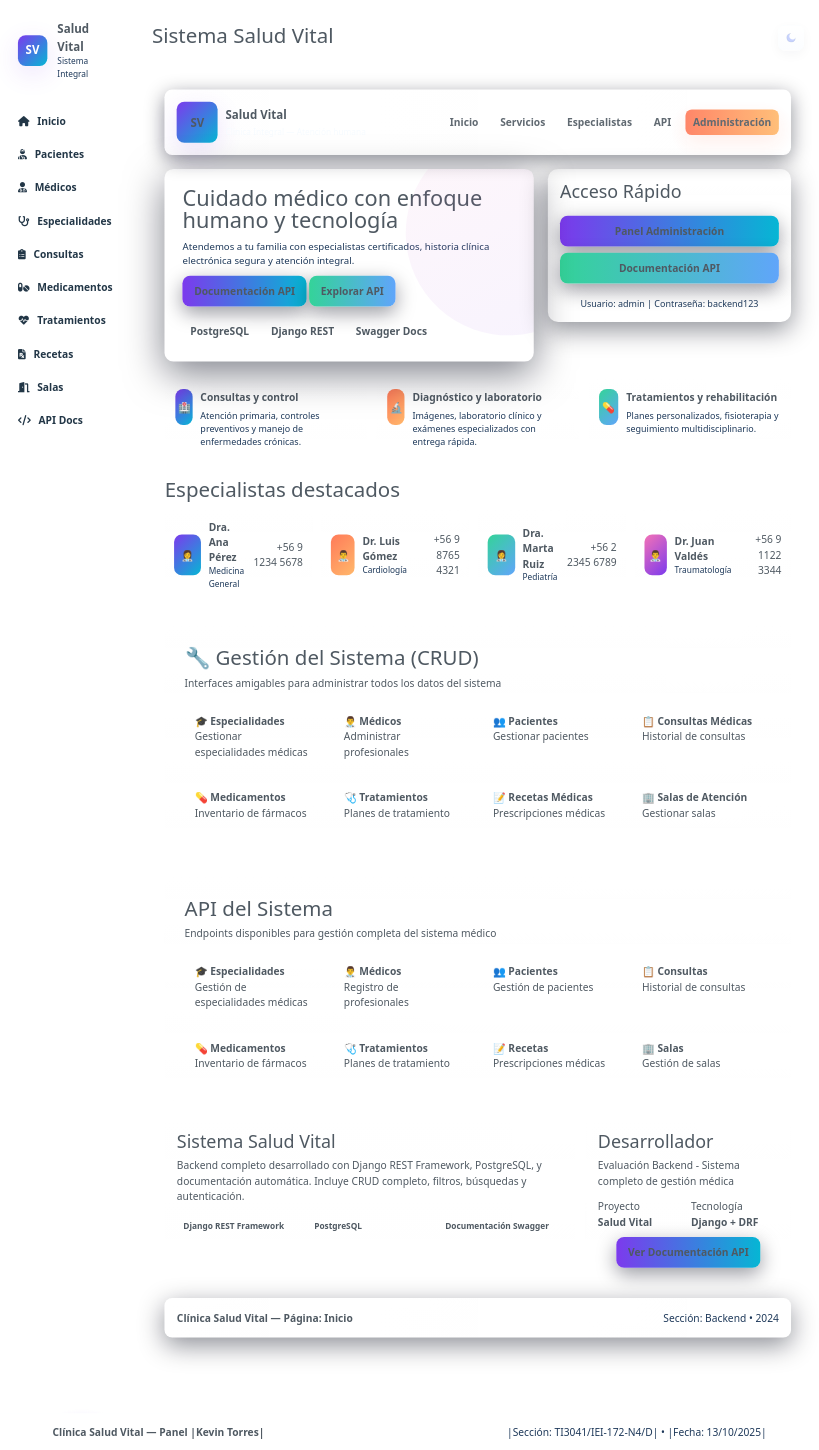
Repository: KeviNozh/eva2_clinica
Page: templates/index.html
The author's editor kept a copy of each file at every save. The page is drawn from the files as they stood at one save, then again after a run of saves.
The browser window is 1280 px wide. The pictures show the whole page, at 64% of full size.
The template is drawn by Django 5.2. The application's start-up code is not run. Other server files are loaded and not shown. The template is opened directly, without the code that normally fills it, so the values that code supplies are empty.

Above is the page before, as saved 2025-10-14 19:55:41.

### templates/index.html
{% extends 'base.html' %}

{% block title %}Inicio - Salud Vital{% endblock %}

{% block content %}
<!DOCTYPE html>
<html lang="es">
<head>
  <meta charset="utf-8" />
  <meta name="viewport" content="width=device-width,initial-scale=1" />
  <style>
  /* Paleta viva y variables */
  :root{
    --bg:#ffffff;      /* fondo oscuro general */
    --soft-bg:#f6fbff;          /* paneles claros */
    --glass: rgba(224, 255, 246, 0.06);
    --muted:#1e395a;
    --white:#4f5962;

    --c1-start:#7c3aed; --c1-end:#06b6d4;   /* morado -> cian */
    --c2-start:#ff7a59; --c2-end:#ffb86b;   /* naranja -> amarillo */
    --c3-start:#34d399; --c3-end:#60a5fa;   /* verde -> azul */
    --c4-start:#f472b6; --c4-end:#7c3aed;   /* rosa -> morado */

    --radius:14px;
    --shadow-lg: 0 18px 60px rgba(2,6,23,0.5);
    --max-width:1200px;
    font-family: Inter, system-ui, -apple-system, "Segoe UI", Roboto, "Helvetica Neue", Arial, sans-serif;
    color-scheme: dark;
  }

  /* Reset y layout */
  *{box-sizing:border-box}
  html,body{height:100%;margin:0;background:
    radial-gradient(600px 300px at 10% 10%, rgba(124,58,237,0.12), transparent 10%),
    radial-gradient(500px 240px at 90% 70%, rgba(6,182,212,0.08), transparent 8%),
    var(--bg);
    -webkit-font-smoothing:antialiased;color:var(--white);
  }
  a{color:inherit;text-decoration:none}
  .wrap{max-width:var(--max-width);margin:30px auto;padding:20px}

  /* Header */
  header.site{
    display:flex;align-items:center;gap:16px;padding:18px;border-radius:12px;
    background: linear-gradient(90deg, rgba(255,255,255,0.03), rgba(255,255,255,0.02));
    border: 1px solid rgba(255,255,255,0.04);
    box-shadow: 0 8px 30px rgba(2,6,23,0.45);
  }
  .brand{display:flex;gap:12px;align-items:center}
  .logo{
    width:64px;height:64px;border-radius:12px;background:linear-gradient(135deg,var(--c1-start),var(--c1-end));
    display:grid;place-items:center;font-weight:900;font-size:18px;color:var(--white);box-shadow:0 12px 40px rgba(124,58,237,0.14)
  }
  .brand .title{font-weight:800;font-size:18px}
  .brand .subtitle{font-size:13px;color:#f6fbff;margin-top:4px}

  nav.main{margin-left:auto;display:flex;gap:10px;align-items:center}
  .nav-link{padding:8px 12px;border-radius:10px;color:var(--white);opacity:0.9;font-weight:700}
  .nav-link.ghost{background:transparent;border:1px solid rgba(186, 179, 179, 0.04);opacity:0.8}
  .nav-link.cta{background:linear-gradient(90deg,var(--c2-start),var(--c2-end));box-shadow:0 12px 30px rgba(255,122,89,0.14)}

  /* Hero */
  .hero{display:grid;grid-template-columns:1fr 380px;gap:22px;margin-top:22px;align-items:start}
  @media (max-width:980px){ .hero{grid-template-columns:1fr} }
  .hero-card{
    background: linear-gradient(180deg, rgba(255,255,255,0.04), rgba(255,255,255,0.02));
    border-radius:var(--radius);padding:28px;box-shadow:var(--shadow-lg);
    position:relative;overflow:hidden;
  }
  /* decorative shapes */
  .hero-card::before{
    content:"";position:absolute;right:-120px;top:-60px;width:320px;height:320px;border-radius:160px;
    background:linear-gradient(135deg,var(--c4-start),var(--c4-end));opacity:0.06;transform:rotate(20deg);
  }
  .hero h1{margin:0;font-size:34px;line-height:1.02}
  .hero p{margin:12px 0;color:var(--muted);font-size:15px};
  .cta-group{display:flex;gap:12px;margin-top:18px;flex-wrap:wrap}
  .btn{
    padding:12px 18px;border-radius:12px;border:0;font-weight:800;cursor:pointer;
    color:var(--white);box-shadow:0 10px 30px rgba(2,6,23,0.4)
  }
  .btn.primary{background:linear-gradient(90deg,var(--c1-start),var(--c1-end))}
  .btn.alt{background:linear-gradient(90deg,var(--c3-start),var(--c3-end))}

  /* Appointment card (right) */
  .appointment{
    background: linear-gradient(180deg, rgba(255,255,255,0.03), rgba(255,255,255,0.02));
    padding:18px;border-radius:16px;border:1px solid rgba(255,255,255,0.04);box-shadow:0 12px 40px rgba(2,6,23,0.45)
  }
  .appointment h3{margin:0 0 10px 0}
  .appointment label{display:block;font-size:13px;color:var(--muted);margin-bottom:6px}
  .appointment input, .appointment select{width:100%;padding:10px;border-radius:10px;border:1px solid rgba(255,255,255,0.04);background:transparent;color:var(--white);margin-bottom:10px}

  /* Services grid */
  .services{display:grid;grid-template-columns:repeat(3,1fr);gap:14px;margin-top:26px}
  @media (max-width:1100px){ .services{grid-template-columns:repeat(2,1fr)} }
  @media (max-width:700px){ .services{grid-template-columns:1fr} }
  .service{
    background:linear-gradient(180deg, rgba(255,255,255,0.02), rgba(255,255,255,0.01));
    padding:16px;border-radius:12px;border:1px solid rgba(255,255,255,0.03);display:flex;gap:12px;align-items:flex-start;
  }
  .service .icon{width:56px;height:56px;border-radius:12px;display:grid;place-items:center;color:var(--white);font-weight:900}
  .s1{background:linear-gradient(135deg,var(--c1-start),var(--c1-end))}
  .s2{background:linear-gradient(135deg,var(--c2-start),var(--c2-end))}
  .s3{background:linear-gradient(135deg,var(--c3-start),var(--c3-end))}
  .service .title{font-weight:800}
  .service .desc{color:var(--muted);margin-top:6px;font-size:14px}

  /* Specialists */
  .specialists{margin-top:28px}
  .specialists h2{margin:0 0 12px 0}
  .cards{display:grid;grid-template-columns:repeat(4,1fr);gap:14px}
  @media (max-width:1100px){ .cards{grid-template-columns:repeat(2,1fr)} }
  @media (max-width:600px){ .cards{grid-template-columns:1fr} }
  .doctor{
    background:linear-gradient(180deg, rgba(255,255,255,0.02), rgba(255,255,255,0.01));
    padding:14px;border-radius:12px;border:1px solid rgba(255,255,255,0.03);display:flex;gap:12px;align-items:center;
  }
  .avatar{width:64px;height:64px;border-radius:12px;display:grid;place-items:center;font-weight:900;color:var(--white)}
  .avatar.a1{background:linear-gradient(135deg,var(--c1-start),var(--c1-end))}
  .avatar.a2{background:linear-gradient(135deg,var(--c2-start),var(--c2-end))}
  .avatar.a3{background:linear-gradient(135deg,var(--c3-start),var(--c3-end))}
  .avatar.a4{background:linear-gradient(135deg,var(--c4-start),var(--c4-end))}
  .doc-meta .name{font-weight:800}
  .doc-meta .spec{color:var(--muted);font-size:13px}

  /* Facilities / base */
  .base{display:grid;grid-template-columns:2fr 1fr;gap:16px;margin-top:28px}
  @media (max-width:900px){ .base{grid-template-columns:1fr} }
  .about, .contact{
    background: linear-gradient(180deg, rgba(255,255,255,0.02), rgba(255,255,255,0.01));
    padding:18px;border-radius:12px;border:1px solid rgba(255,255,255,0.03);
  }
  .about h3{margin-top:0}
  .features{display:grid;grid-template-columns:repeat(3,1fr);gap:10px;margin-top:12px}
  .feature{padding:10px;border-radius:10px;background:linear-gradient(90deg, rgba(255,255,255,0.02), transparent);font-weight:700;color:var(--white);font-size:13px}

  /* Contact */
  .contact form input, .contact form textarea{width:100%;padding:10px;border-radius:10px;border:1px solid rgba(255,255,255,0.04);background:transparent;color:var(--white);margin-bottom:8px}

  /* Footer */
  footer.site{
    margin-top:28px;padding:18px;border-radius:12px;background:linear-gradient(90deg, rgba(255,255,255,0.03), rgba(255,255,255,0.02));
    border:1px solid rgba(255,255,255,0.04);
    display:flex;justify-content:space-between;align-items:center;gap:12px;box-shadow:0 12px 40px rgba(2,6,23,0.45)
  }
  .footer-left{font-weight:800}
  .footer-right{color:var(--muted)}
  .pill{display:inline-block;padding:8px 12px;border-radius:999px;background:rgba(255,255,255,0.04);font-weight:700}

  /* API Links Section */
  .api-section {
    margin-top: 40px;
    padding: 30px;
    background: linear-gradient(180deg, rgba(255,255,255,0.03), rgba(255,255,255,0.01));
    border-radius: 16px;
    border: 1px solid rgba(255,255,255,0.04);
  }
  .api-links {
    display: grid;
    grid-template-columns: repeat(auto-fit, minmax(200px, 1fr));
    gap: 15px;
    margin-top: 20px;
  }
  .api-link {
    padding: 15px;
    background: rgba(255,255,255,0.02);
    border-radius: 10px;
    border: 1px solid rgba(255,255,255,0.03);
    transition: all 0.3s ease;
  }
  .api-link:hover {
    background: rgba(255,255,255,0.05);
    transform: translateY(-2px);
  }

  /* Small responsive tweaks */
  @media (max-width:520px){
    .nav-link{display:none}
    header.site{padding:12px}
    .logo{width:52px;height:52px}
  }
  </style>
</head>
<body>
  <div class="wrap">
    <!-- Header -->
    <header class="site" role="banner" aria-label="Encabezado principal">
      <div class="brand">
        <div class="logo" aria-hidden>SV</div>
        <div>
          <div class="title">Salud Vital</div>
          <div class="subtitle">Clínica Integral — Atención humana</div>
        </div>
      </div>

      <nav class="main" role="navigation" aria-label="Navegación principal">
        <a class="nav-link" href="#home">Inicio</a>
        <a class="nav-link" href="#servicios">Servicios</a>
        <a class="nav-link" href="#medicos">Especialistas</a>
        <a class="nav-link" href="#api">API</a>
        <a class="nav-link cta" href="/admin/">Administración</a>
      </nav>
    </header>

    <!-- Hero + Appointment -->
    <section class="hero" id="home" aria-labelledby="hero-title">
      <div class="hero-card">
        <h1 id="hero-title">Cuidado médico con enfoque humano y tecnología</h1>
        <p>Atendemos a tu familia con especialistas certificados, historia clínica electrónica segura y atención integral.</p>

        <div class="cta-group">
          <a class="btn primary" href="/api/docs/">Documentación API</a>
          <a class="btn alt" href="/api/">Explorar API</a>
        </div>

        <div style="margin-top:18px;display:flex;gap:10px;flex-wrap:wrap">
          <span class="pill">PostgreSQL</span>
          <span class="pill">Django REST</span>
          <span class="pill">Swagger Docs</span>
        </div>
      </div>

      <aside class="appointment" aria-labelledby="ap-title" id="cita">
        <h3 id="ap-title">Acceso Rápido</h3>
        <div style="text-align: center; margin: 20px 0;">
          <a href="/admin/" class="btn primary" style="display: block; margin-bottom: 10px;">Panel Administración</a>
          <a href="/api/docs/" class="btn alt" style="display: block;">Documentación API</a>
        </div>
        <div style="color: var(--muted); font-size: 14px; text-align: center;">
          Usuario: admin | Contraseña: backend123
        </div>
      </aside>
    </section>

    <!-- Services -->
    <section id="servicios" class="services" aria-label="Servicios destacados">
      <article class="service">
        <div class="icon s1">🏥</div>
        <div>
          <div class="title">Consultas y control</div>
          <div class="desc">Atención primaria, controles preventivos y manejo de enfermedades crónicas.</div>
        </div>
      </article>

      <article class="service">
        <div class="icon s2">🔬</div>
        <div>
          <div class="title">Diagnóstico y laboratorio</div>
          <div class="desc">Imágenes, laboratorio clínico y exámenes especializados con entrega rápida.</div>
        </div>
      </article>

      <article class="service">
        <div class="icon s3">💊</div>
        <div>
          <div class="title">Tratamientos y rehabilitación</div>
          <div class="desc">Planes personalizados, fisioterapia y seguimiento multidisciplinario.</div>
        </div>
      </article>
    </section>

    <!-- Specialists -->
    <section class="specialists" id="medicos">
      <h2>Especialistas destacados</h2>
      <div class="cards" role="list">
        <div class="doctor" role="listitem">
          <div class="avatar a1">👩‍⚕️</div>
          <div class="doc-meta" style="flex:1">
            <div class="name">Dra. Ana Pérez</div>
            <div class="spec">Medicina General</div>
          </div>
          <div style="text-align:right">
            <div class="muted">+56 9 1234 5678</div>
          </div>
        </div>

        <div class="doctor">
          <div class="avatar a2">👨‍⚕️</div>
          <div class="doc-meta" style="flex:1">
            <div class="name">Dr. Luis Gómez</div>
            <div class="spec">Cardiología</div>
          </div>
          <div style="text-align:right">
            <div class="muted">+56 9 8765 4321</div>
          </div>
        </div>

        <div class="doctor">
          <div class="avatar a3">👩‍⚕️</div>
          <div class="doc-meta" style="flex:1">
            <div class="name">Dra. Marta Ruiz</div>
            <div class="spec">Pediatría</div>
          </div>
          <div style="text-align:right">
            <div class="muted">+56 2 2345 6789</div>
          </div>
        </div>

        <div class="doctor">
          <div class="avatar a4">👨‍⚕️</div>
          <div class="doc-meta" style="flex:1">
            <div class="name">Dr. Juan Valdés</div>
            <div class="spec">Traumatología</div>
          </div>
          <div style="text-align:right">
            <div class="muted">+56 9 1122 3344</div>
          </div>
        </div>
      </div>
    </section>

<!-- Agregar esta sección después de "Especialistas destacados" -->
<section class="api-section" id="crud">
  <h2>🔧 Gestión del Sistema (CRUD)</h2>
  <p class="muted">Interfaces amigables para administrar todos los datos del sistema</p>

  <div class="api-links">
    <a href="/crud/especialidades/" class="api-link">
      <strong>🎓 Especialidades</strong>
      <div class="muted">Gestionar especialidades médicas</div>
    </a>
    <a href="/crud/medicos/" class="api-link">
      <strong>👨‍⚕️ Médicos</strong>
      <div class="muted">Administrar profesionales</div>
    </a>
    <a href="/crud/pacientes/" class="api-link">
      <strong>👥 Pacientes</strong>
      <div class="muted">Gestionar pacientes</div>
    </a>
    <a href="/crud/consultas/" class="api-link">
      <strong>📋 Consultas Médicas</strong>
      <div class="muted">Historial de consultas</div>
    </a>
    <a href="/crud/medicamentos/" class="api-link">
      <strong>💊 Medicamentos</strong>
      <div class="muted">Inventario de fármacos</div>
    </a>
    <a href="/crud/tratamientos/" class="api-link">
      <strong>🩺 Tratamientos</strong>
      <div class="muted">Planes de tratamiento</div>
    </a>
    <a href="/crud/recetas/" class="api-link">
      <strong>📝 Recetas Médicas</strong>
      <div class="muted">Prescripciones médicas</div>
    </a>
    <a href="/crud/salas/" class="api-link">
      <strong>🏢 Salas de Atención</strong>
      <div class="muted">Gestionar salas</div>
    </a>
  </div>
</section>

    <!-- API Section -->
    <section class="api-section" id="api">
      <h2>API del Sistema</h2>
      <p class="muted">Endpoints disponibles para gestión completa del sistema médico</p>

      <div class="api-links">
        <a href="/api/especialidades/" class="api-link">
          <strong>🎓 Especialidades</strong>
          <div class="muted">Gestión de especialidades médicas</div>
        </a>
        <a href="/api/medicos/" class="api-link">
          <strong>👨‍⚕️ Médicos</strong>
          <div class="muted">Registro de profesionales</div>
        </a>
        <a href="/api/pacientes/" class="api-link">
          <strong>👥 Pacientes</strong>
          <div class="muted">Gestión de pacientes</div>
        </a>
        <a href="/api/consultas-medicas/" class="api-link">
          <strong>📋 Consultas</strong>
          <div class="muted">Historial de consultas</div>
        </a>
        <a href="/api/medicamentos/" class="api-link">
          <strong>💊 Medicamentos</strong>
          <div class="muted">Inventario de fármacos</div>
        </a>
        <a href="/api/tratamientos/" class="api-link">
          <strong>🩺 Tratamientos</strong>
          <div class="muted">Planes de tratamiento</div>
        </a>
        <a href="/api/recetas-medicas/" class="api-link">
          <strong>📝 Recetas</strong>
          <div class="muted">Prescripciones médicas</div>
        </a>
        <a href="/api/salas-atencion/" class="api-link">
          <strong>🏢 Salas</strong>
          <div class="muted">Gestión de salas</div>
        </a>
      </div>
    </section>

    <!-- Base / About & Contact -->
    <section class="base" id="contacto">
      <div class="about">
        <h3>Sistema Salud Vital</h3>
        <p class="muted">Backend completo desarrollado con Django REST Framework, PostgreSQL, y documentación automática. Incluye CRUD completo, filtros, búsquedas y autenticación.</p>

        <div class="features" aria-hidden>
          <div class="feature">Django REST Framework</div>
          <div class="feature">PostgreSQL</div>
          <div class="feature">Documentación Swagger</div>
        </div>
      </div>

      <aside class="contact" aria-labelledby="contact-title">
        <h3 id="contact-title">Desarrollador</h3>
        <p class="muted">Evaluación Backend - Sistema completo de gestión médica</p>

        <div style="display:flex;gap:8px;margin-top:8px">
          <div style="flex:1">
            <div class="muted">Proyecto</div>
            <div style="font-weight:800">Salud Vital</div>
          </div>
          <div style="flex:1">
            <div class="muted">Tecnología</div>
            <div style="font-weight:800">Django + DRF</div>
          </div>
        </div>

        <div style="margin-top:12px; text-align: center;">
          <a href="/api/docs/" class="btn primary">Ver Documentación API</a>
        </div>
      </aside>
    </section>

    <!-- Footer -->
    <footer class="site" role="contentinfo">
      <div class="footer-left">
        Clínica Salud Vital — Página: Inicio
      </div>
      <div class="footer-right">
        <div class="muted">Sección: Backend • <span>2024</span></div>
      </div>
    </footer>
  </div>
</body>
</html>
{% endblock %}

Loaded but not shown: templates/base.html (345 lines, source omitted)

After the next 3 saves:
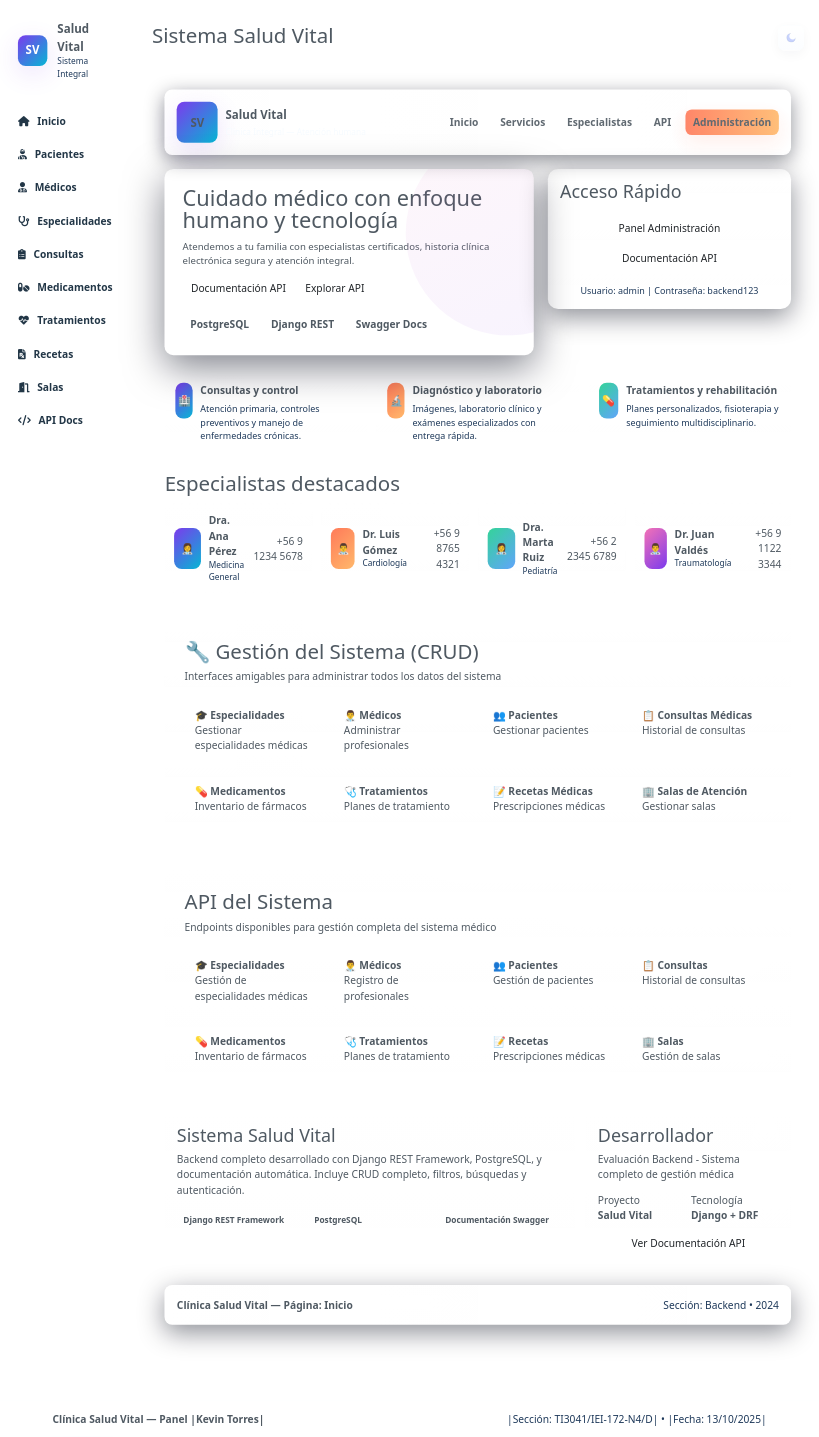
The 3 saves are shown as one change because they came seconds apart.
The last was saved 10 s later.
--- a/templates/index.html
+++ b/templates/index.html
@@ -74,7 +74,7 @@
     background:linear-gradient(135deg,var(--c4-start),var(--c4-end));opacity:0.06;transform:rotate(20deg);
   }
   .hero h1{margin:0;font-size:34px;line-height:1.02}
-  .hero p{margin:12px 0;color:var(--muted);font-size:15px};
+  .hero p{margin:12px 0;color:var(--muted)
   .cta-group{display:flex;gap:12px;margin-top:18px;flex-wrap:wrap}
   .btn{
     padding:12px 18px;border-radius:12px;border:0;font-weight:800;cursor:pointer;
@@ -82,7 +82,7 @@
   }
   .btn.primary{background:linear-gradient(90deg,var(--c1-start),var(--c1-end))}
   .btn.alt{background:linear-gradient(90deg,var(--c3-start),var(--c3-end))}
-
+;font-size:15px}
   /* Appointment card (right) */
   .appointment{
     background: linear-gradient(180deg, rgba(255,255,255,0.03), rgba(255,255,255,0.02));
